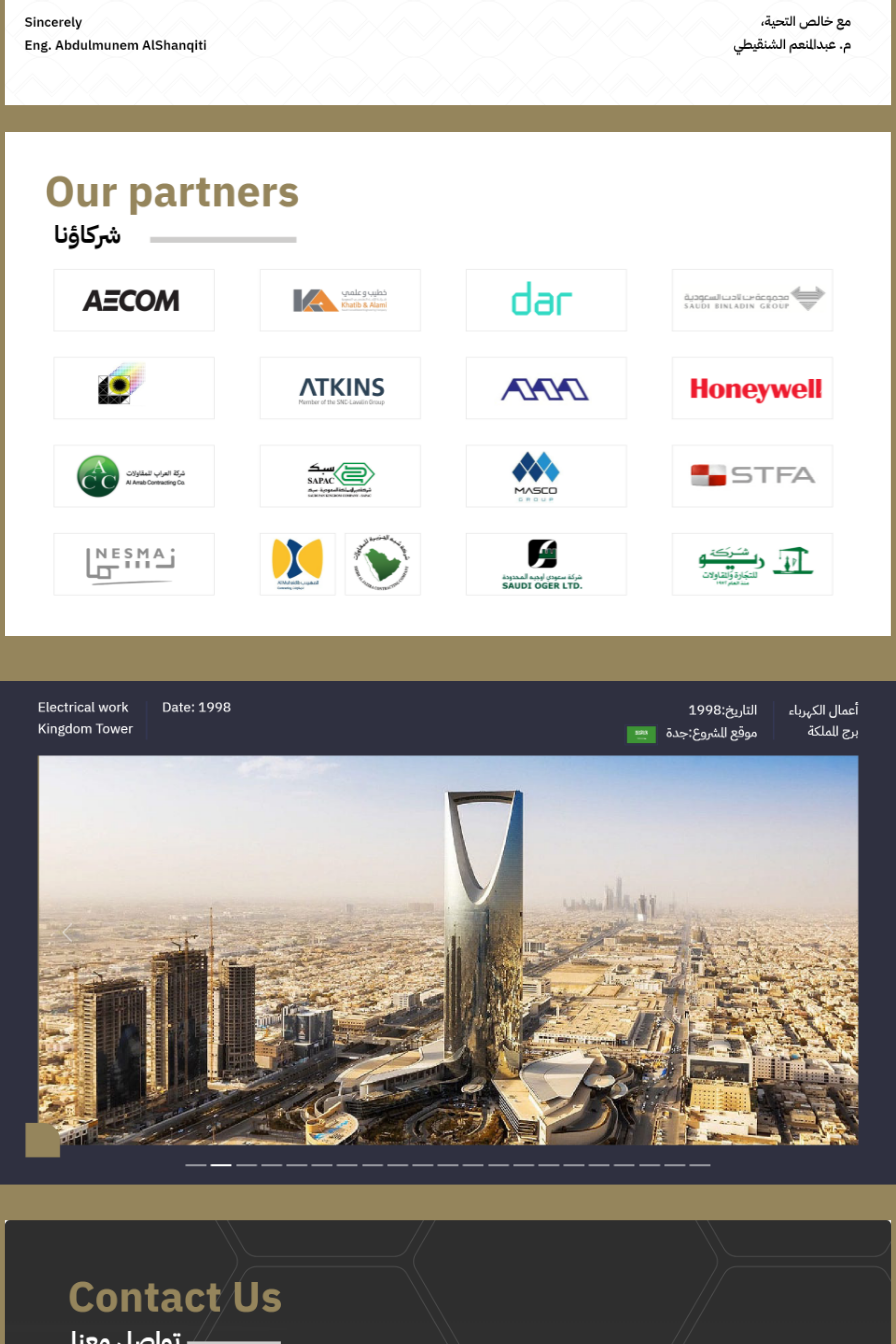
Repository: shahzaibrehman123/hasad-holding
Page: /
These files come from the project's save history. The page is drawn as it stood at one moment and after the next save; the edit follows.
The browser window is 1280 px wide. The pictures show the part of the page from y = 2873 to 4793 px (the page is 5328 px tall before and 5321 px after), at 70% of full size.
The project was rebuilt for these pictures with package versions that can differ from the ones it lists, and the page was loaded fresh each time.

Above is the page before, as saved 2023-11-07 19:02:07.

After the next save:
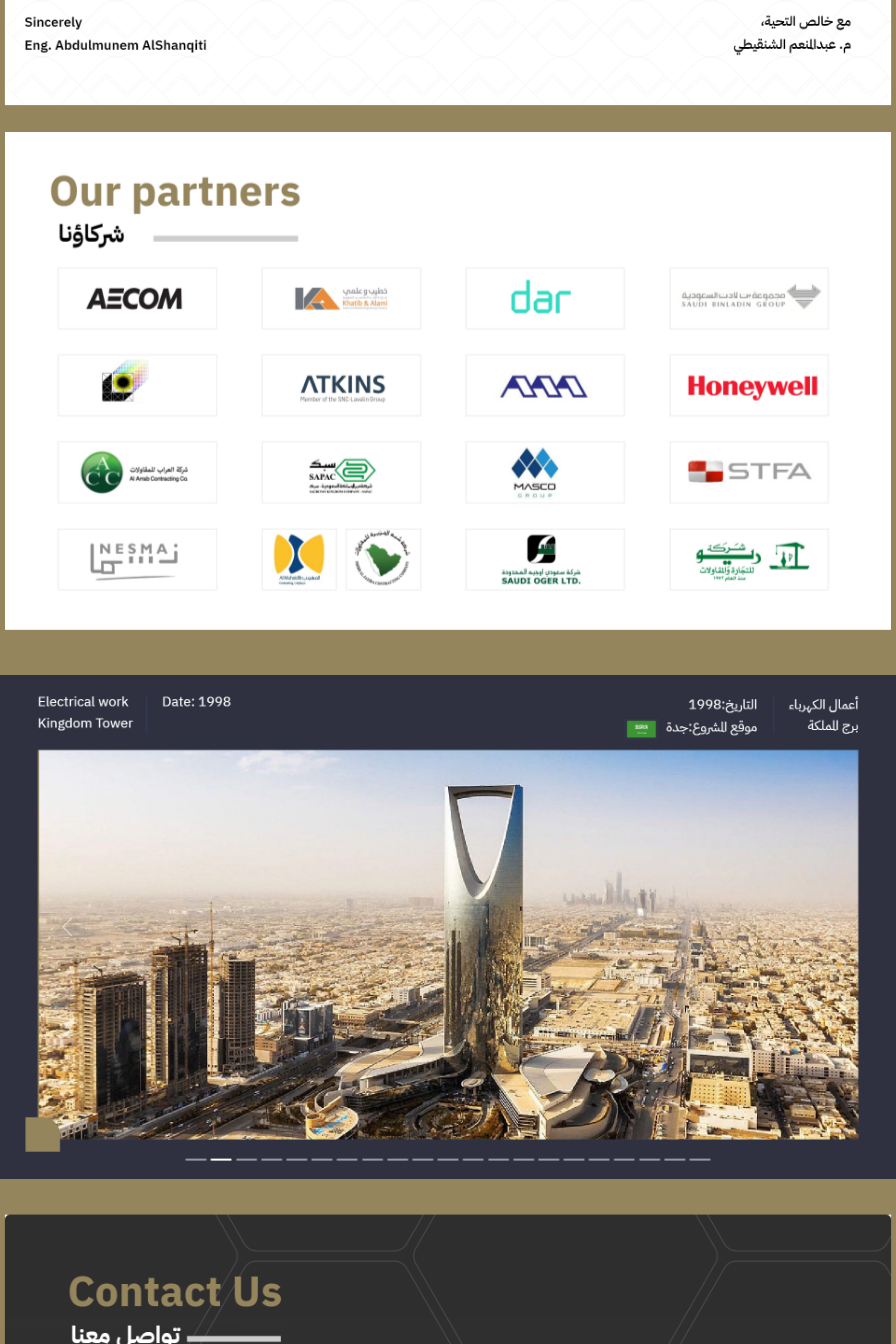
Saved 45 s later.
--- a/src/components/Projects/style.css
+++ b/src/components/Projects/style.css
@@ -1,10 +1,10 @@
 .carousel-item {
-  height: 100vh;
+  height: 100%;
 }
 
 .img-responsive {
   width: 90%;
-  height: 100vh;
+  height: 100%;
   object-fit: cover; /* or 'contain' depending on your needs */
 }
 
